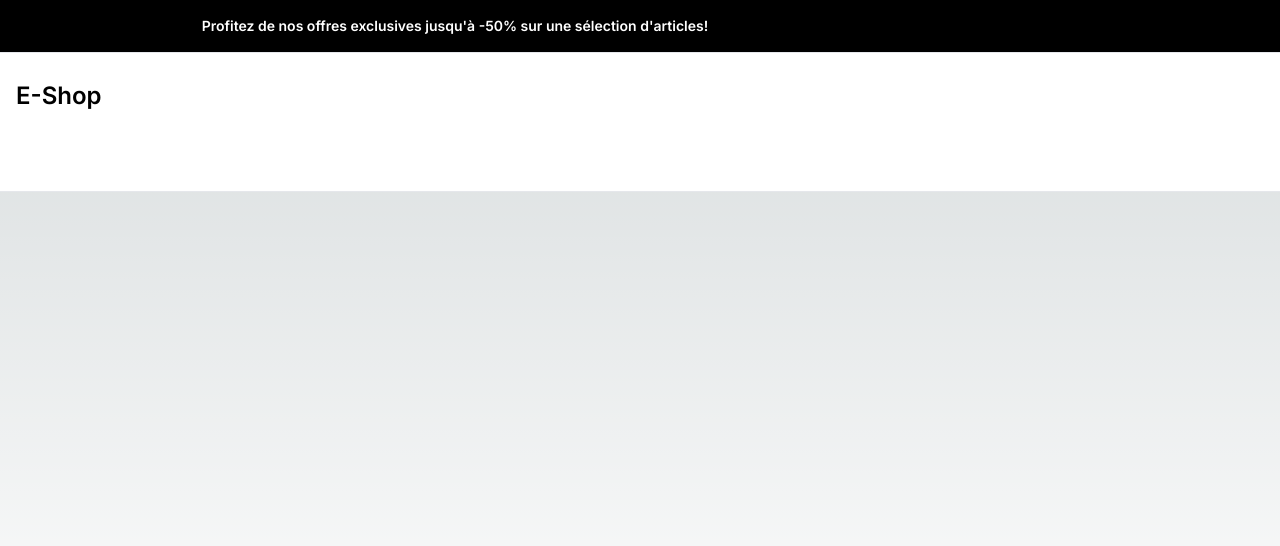
Repository: SDlevelUp/e-shop
Page: /
These files come from the project's save history. The page is drawn as it stood at one moment and after a run of saves; the edit follows.
The browser window is 1280 px wide. The pictures show the whole page.
The project was rebuilt for these pictures with package versions that can differ from the ones it lists, and the page was loaded fresh each time. The framework's server and built-in components were replaced by stand-ins that run in the browser. Also part of the build but not shown: next.config.js.

Above is the page before, as saved 2023-08-29 09:21:10.

### src/app/layout.js
import './globals.css'
import { Inter } from 'next/font/google';
import Navbar from '@/components/Navbar/Navbar';
import GlobalState from '@/context';
const inter = Inter({ subsets: ['latin'] })

export const metadata = {
  title: 'E-Shop, votre boutique en ligne',
  description: 'Generated by create next app',
};

export default function RootLayout({ children }) {
  return (
    <html lang="en">
      <head>
        <meta charSet="UTF-8" />
        <meta name="viewport" content="width=device-width, initial-scale=1.0" />
        <title>{metadata.title}</title>
        <meta name="description" content={metadata.description} />
      </head>
      <body className={inter.className}>
        <GlobalState>
          <Navbar />
          <main>{children}</main>
        </GlobalState>
      </body>
    </html>
  )
}

### src/app/page.js
import React from 'react';

function Home() {
  return (
    <main className="flex min-h-screen flex-col items-center justify-between p-24">
      <div>

      </div>
    </main>
  );
}

export default Home;

### src/app/globals.css
@tailwind base;
@tailwind components;
@tailwind utilities;

:root {
  --foreground-rgb: 0, 0, 0;
  --background-start-rgb: 214, 219, 220;
  --background-end-rgb: 255, 255, 255;
}

@media (prefers-color-scheme: dark) {
  :root {
    --foreground-rgb: 255, 255, 255;
    --background-start-rgb: 0, 0, 0;
    --background-end-rgb: 0, 0, 0;
  }
}

body {
  color: rgb(var(--foreground-rgb));
  background: linear-gradient(to bottom,
      transparent,
      rgb(var(--background-end-rgb))) rgb(var(--background-start-rgb));
}

.animation {
  animation: defilement-rtl 15s infinite linear;
}

@keyframes defilement-rtl {
  0% {
    transform: translate3d(0, 0, 0);
  }

  100% {
    transform: translate3d(-100%, 0, 0);
  }
}

### src/components/Navbar/Navbar.jsx
"use client";

export default function Navbar() {
    return (
        <>
            <div className="bg-white fixed z-40 w-full top-0 left-0 border-b border-gray-200 h-48">
                <header className="bg-black z-50 w-full top-0 left-0 border-b border-gray-200 fixed">
                    <div className="max-w-screen-xl flex flex-wrap items-center justify-center mx-auto p-4">
                        <div className="flex items-center cursor-pointer">
                            <span className="text-white text-sm font-semibold whitespace-nowrap animation">
                                Profitez de nos offres exclusives jusqu'à -50% sur une sélection d'articles!
                            </span>
                        </div>
                    </div>
                </header>

                <nav className="max-w-screen-xl flex items-center justify-between mx-auto p-4 mt-16" >
                    <div className="flex items-center cursor-pointer">
                        <span className="self-center text-2xl font-semibold whitespace-nowrap">
                            E-Shop
                        </span>
                    </div>
                    {/* Supprimez la div vide */}
                </nav>
            </div>
        </>
    );
}

### src/context/index.js
"use client";

import { createContext } from 'react';

export const GlobalContext = createContext(null);

export default function GlobalState({ children }) {
    return (
        <GlobalContext.Provider value={{}}>{children}</GlobalContext.Provider>
    )
}

Loaded but not shown: tailwind.config.js (common file)

After the next 2 saves:
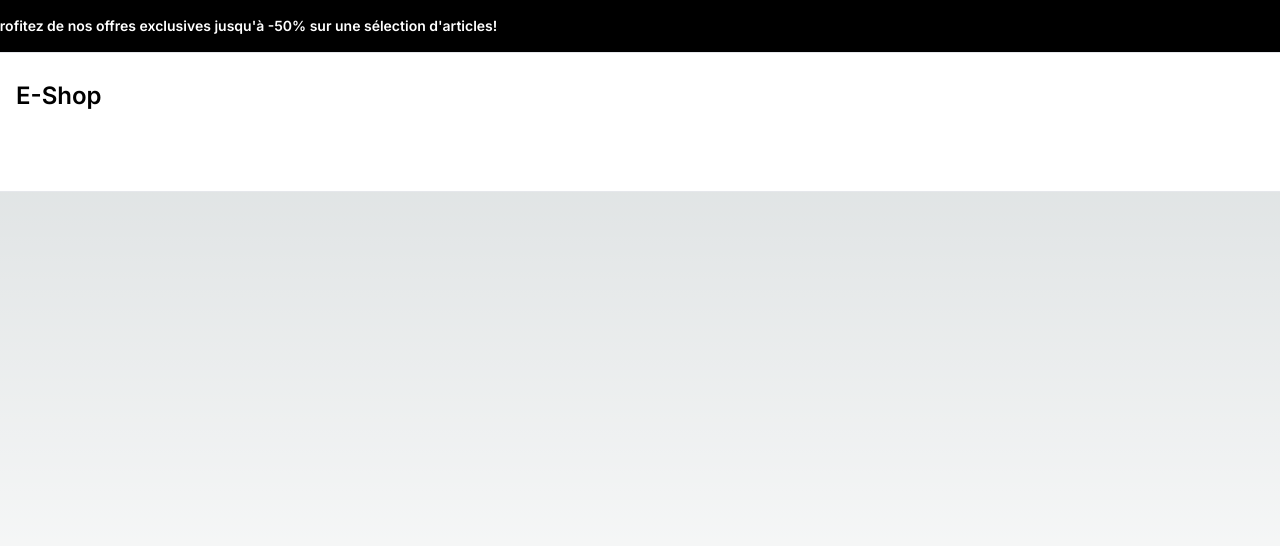
The 2 saves are shown as one change because they came seconds apart.
The last was saved 71 s later.
--- a/src/app/globals.css
+++ b/src/app/globals.css
@@ -24,7 +24,7 @@ body {
 }
 
 .animation {
-  animation: defilement-rtl 15s infinite linear;
+  animation: defilement-rtl 1s infinite;
 }
 
 @keyframes defilement-rtl {
